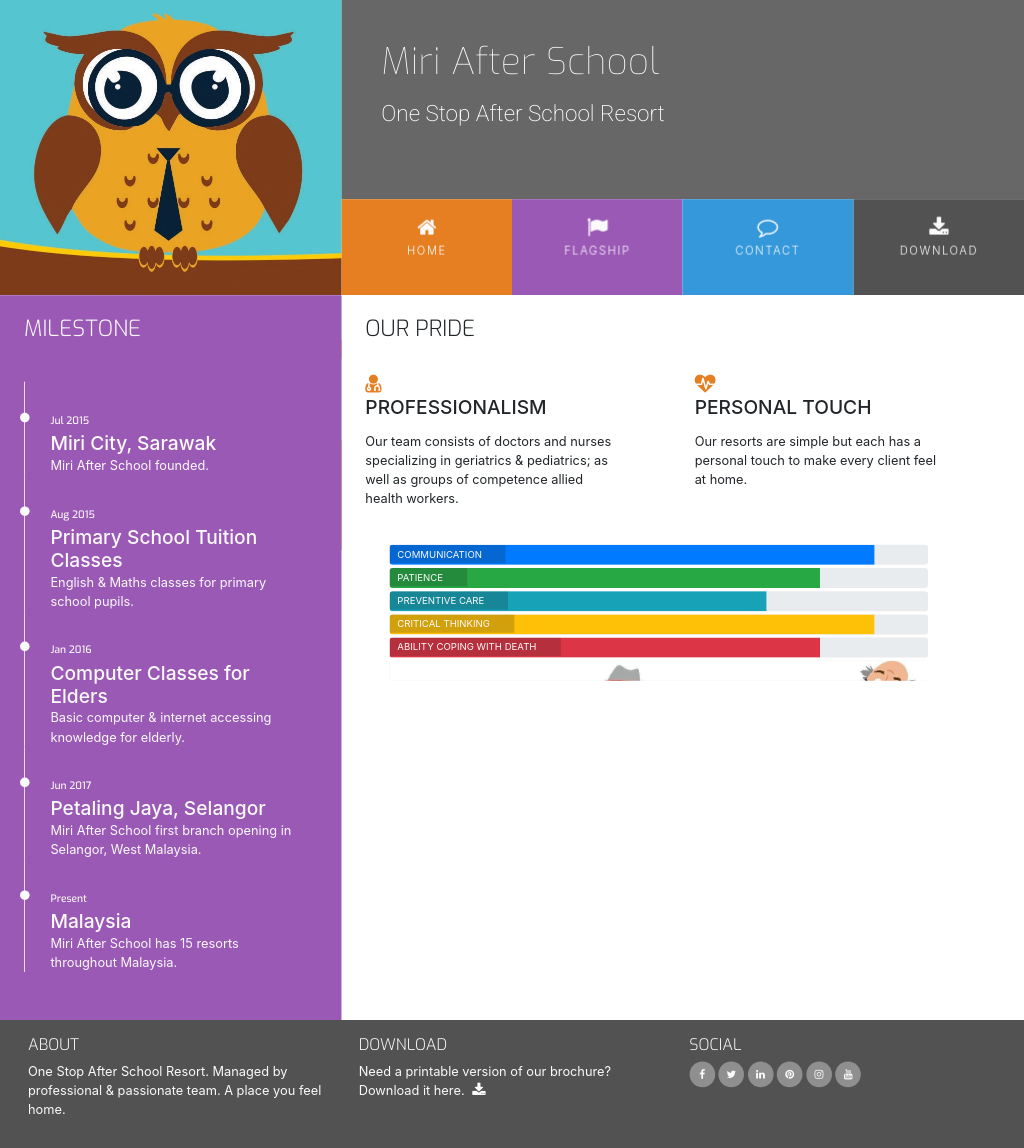
Repository: Code-Institute-Submissions/miri-after-school
Page: flagship.html
The author's editor kept a record of every edit. The page is drawn from the files as they stood at one moment, then again after the next edit.
The browser window is 1280 px wide. The pictures show the whole page, at 80% of full size.

Above is the page before.

### flagship.html
<!DOCTYPE html>
<html lang="en">

<head>
    <meta charset="UTF-8">
    <meta name="viewport" content="width=device-width, initial-scale=1.0">
    <meta http-equiv="X-UA-Compatible" content="ie=edge">
    <link rel="stylesheet" href="https://stackpath.bootstrapcdn.com/bootstrap/4.3.1/css/bootstrap.min.css" type="text/css" />
    <link rel="stylesheet" href="https://stackpath.bootstrapcdn.com/font-awesome/4.7.0/css/font-awesome.min.css" type="text/css" />
    <link rel="stylesheet" href="https://cdnjs.cloudflare.com/ajax/libs/hover.css/2.3.1/css/hover-min.css" type="text/css" />
    <link rel="stylesheet" href="assets/css/style.css" type="text/css" />
    <title>Miri After School</title>
</head>

<body>
    <header>
        <div class="row no-gutters">
            <a href="index.html" class="col-md-4 logo">

            </a>
            <div class="col-md-8">
                <div class="row no-gutters bg-color-name-title">
                    <div class="col heading">
                        <h1 class="name">Miri After School</h1>
                        <h2 class="title">One Stop After School Resort</h2>
                    </div>
                </div>
                <div class="row no-gutters">
                    <div class="col">
                        <ul id="nav" class="list-inline menucontainer">
                            <li class="col-6 col-sm-3 ui-menu-color-home list-inline-item menuitem">
                                <a href="index.html" class="hvr-sweep-to-bottom"><i class="fa fa-home" aria-hidden="true"></i><span>Home</span></a>
                            </li>
                            <li class="col-6 col-sm-3 ui-menu-color-flagship list-inline-item menuitem">
                                <a href="flagship.html" class="hvr-sweep-to-bottom"><i class="fa fa-flag" aria-hidden="true"></i><span>Flagship</span></a>
                            </li>
                            <li class="col-6 col-sm-3 ui-menu-color-contact list-inline-item menuitem">
                                <a href="contact.html" class="hvr-sweep-to-bottom"><i class="fa fa-comment-o" aria-hidden="true"></i><span>Contact</span></a>
                            </li>
                            <li class="col-6 col-sm-3 ui-menu-color-download list-inline-item menuitem">
                                <a href="assets/brochure/infopack.pdf" target="_blank" class="hvr-sweep-to-bottom"><i class="fa fa-download" aria-hidden="true"></i><span>Download</span></a>
                            </li>
                        </ul>
                    </div>
                </div>
            </div>
        </div>
    </header>
    <section class="container-fluid">
        <div class="row">
            <div class="col-md-4 bg-color-milestone section-column">
                <div class="row">
                    <div class="col-12">
                        <h3 class="milestone-heading uppercase">
                            Milestone
                        </h3>
                    </div>
                </div>
                <div class="milestone-items">
                    <div class="timeline-item" data-dates="Jul 2015">
                        <h4>Miri City, Sarawak</h4>
                        <p>Miri After School founded.</p>
                    </div>
                    <div class="timeline-item" data-dates="Aug 2015">
                        <h4>Primary School Tuition Classes</h4>
                        <p>English & Maths classes for primary school pupils.</p>
                    </div>
                    <div class="timeline-item" data-dates="Jan 2016">
                        <h4>Computer Classes for Elders</h4>
                        <p>Basic computer & internet accessing knowledge for elderly.</p>
                    </div>
                    <div class="timeline-item" data-dates="Jun 2017">
                        <h4>Petaling Jaya, Selangor</h4>
                        <p>Miri After School first branch opening in Selangor, West Malaysia.</p>
                    </div>
                    <div class="timeline-item" data-dates="Present">
                        <h4>Malaysia</h4>
                        <p>Miri After School has 15 resorts throughout Malaysia.</p>
                    </div>
                </div>
            </div>
            <div class="col-md-8 bg-color-three-reasons section-column">
                <div class="row">
                    <div class="col">
                        <h3 class="section-heading uppercase">Our Pride</h3>
                    </div>
                </div>
                <div class="row">
                    <div class="col-10 offset-1 offset-sm-0 col-sm-4 col-md-6">
                        <div class="row">
                            <div class="col-3">
                                <i class="three-reasons-icon fa fa-user-md" aria-hidden="true"></i>
                            </div>
                            <div class="col-10">
                                <h4 class="three-reasons-heading uppercase">Professionalism</h4>
                                <p>
                                    Our team consists of doctors and nurses specializing in geriatrics & pediatrics; as well as groups of competence allied health workers.
                                </p>
                            </div>
                        </div>
                    </div>
                    <div class="col-10 offset-1 offset-sm-0 col-sm-4 col-md-6">
                        <div class="row">
                            <div class="col-3">
                                <i class="three-reasons-icon fa fa-heartbeat" aria-hidden="true"></i>
                            </div>
                            <div class="col-10">
                                <h4 class="three-reasons-heading uppercase">Personal Touch</h4>
                                <p>
                                    Our resorts are simple but each has a personal touch to make every client feel at home.
                                </p>
                            </div>
                        </div>
                    </div>
                </div>
                <div class="row progress-section">
                    <div class="col">
                        <div class="progress">
                            <div class="progress-bar" role="progressbar" aria-valuenow="90" aria-valuemin="0" aria-valuemax="100" style="width:90%">
                                <span class="sr-only">90% complete</span>
                            </div>
                            <span class="progress-type">COMMUNICATION</span>
                        </div>
                        <div class="progress">
                            <div class="progress-bar bg-success" role="progressbar" aria-valuenow="80" aria-valuemin="0" aria-valuemax="100" style="width:80%">
                                <span class="sr-only">80% complete</span>
                            </div>
                            <span class="progress-type">PATIENCE</span>
                        </div>
                        <div class="progress">
                            <div class="progress-bar bg-info" role="progressbar" aria-valuenow="70" aria-valuemin="0" aria-valuemax="100" style="width:70%">
                                <span class="sr-only">70% complete</span>
                            </div>
                            <span class="progress-type">PREVENTIVE CARE</span>
                        </div>
                        <div class="progress">
                            <div class="progress-bar bg-warning" role="progressbar" aria-valuenow="90" aria-valuemin="0" aria-valuemax="100" style="width:90%">
                                <span class="sr-only">90% complete</span>
                            </div>
                            <span class="progress-type">CRITICAL THINKING</span>
                        </div>
                        <div class="progress">
                            <div class="progress-bar bg-danger" role="progressbar" aria-valuenow="80" aria-valuemin="0" aria-valuemax="100" style="width:80%">
                                <span class="sr-only">80% complete</span>
                            </div>
                            <span class="progress-type">ABILITY COPING WITH DEATH</span>
                        </div>
                        <div class="progress">
                            <div class="progress-bar picture" role="progressbar">
                        </div>
                    </div>
                </div>
                <div class="row progress-section">
                    <div class="col">
                        <a href="flagship.html" class="progress-bar picture">

                        </a>
                    </div>
                </div>
            </div>
        </div>
    </section>
    <footer class="container-fluid">
        <div id="footer-details" class="row">
            <div class="col-sm-4">
                <h5 class="uppercase general-sub">About</h5>
                <p class="inline-block">
                    One Stop After School Resort. Managed by professional & passionate team. A place you feel home.
                </p>
            </div>
            <div class="col-sm-4">
                <h5 class="uppercase general-sub">Download</h5>
                <p class="inline-block">
                    Need a printable version of our brochure? Download it here.
                    <a href="assets/brochure/infopack.pdf" target="_blank" class="cv-pdf">
                        <i class="fa fa-download" aria-hidden="true"></i>
                        <span class="sr-only">Download link.</span>
                    </a>
                </p>
            </div>
            <div class="col-sm-4">
                <h5 class="uppercase general-sub">Social</h5>
                <i class="list-inline social-links">
                    <li class="list-inline-item">
                        <a target="_blank" href="#">
                            <i class="fa fa-facebook" aria-hidden="true"></i>
                <span class="sr-only">Facebook</span>
                </a>
                </li>
                <li class="list-inline-item">
                    <a target="_blank" href="#">
                            <i class="fa fa-twitter" aria-hidden="true"></i>
                            <span class="sr-only">Twitter</span>
                        </a>
                </li>
                <li class="list-inline-item">
                    <a target="_blank" href="#">
                            <i class="fa fa-linkedin" aria-hidden="true"></i>
                            <span class="sr-only">LinkedIn</span>
                        </a>
                </li>
                <li class="list-inline-item">
                    <a target="_blank" href="#">
                            <i class="fa fa-pinterest" aria-hidden="true"></i>
                            <span class="sr-only">Pinterest</span>
                        </a>
                </li>
                <li class="list-inline-item">
                    <a target="_blank" href="#">
                            <i class="fa fa-instagram" aria-hidden="true"></i>
                            <span class="sr-only">Instagram</span>
                        </a>
                </li>
                <li class="list-inline-item">
                    <a target="_blank" href="#">
                            <i class="fa fa-youtube" aria-hidden="true"></i>
                            <span class="sr-only">YouTube</span>
                        </a>
                </li>
                </i>
            </div>
        </div>

    </footer>
</body>

</html>

### assets/css/style.css
@import url('https://fonts.googleapis.com/css?family=Roboto:100,200,300,400,500,600,700|Exo:100,200,300,400,500,600,700');

/* ------------------------------------Colours */

.bg-color-name-title {
    background-color: #676767;
}

.bg-color-three-reasons {
    background-color: #fff;
}

.bg-color-company-info {
    background-color: #e67e22;
}

.bg-color-milestone {
    background-color: #9b59b6;
}

.bg-color-contact {
    background-color: #fff;
}

.ui-menu-color-home {
    background-color: #e67e22;
}

.ui-menu-color-flagship {
    background-color: #9b59b6;
}

.ui-menu-color-contact {
    background-color: #3498db;
}

.ui-menu-color-download {
    background-color: #525252;
}

/* ------------------------------------Special paddings/margins/text */

h1,
h2,
h3,
h4 {
    margin: 0;
}

.uppercase {
    text-transform: uppercase;
}

.general-sub {
    font-family: "Exo", sans-serif;
    font-weight: 300;
    color: #fafafa;
}

.inline-block {
    display: inline-block;
}

.row-table {
    display: table;
}

.section-column {
    display: table-cell;
    padding: 0 30px 30px;
    float: none;
}

.company-info-heading,
.milestone-heading,
.section-heading {
    font-family: "Exo", sans-serif;
    font-weight: 300;
    margin-top: 25px;
    margin-bottom: 40px;
}

/* ------------------------------------Heading */

header {
    margin: 0;
}

.heading {
    margin-left: 50px;
}

.logo {
    background: url("../images/MAS.jpg");
    background-position: center;
    background-repeat: no-repeat;
    background-size: cover;
    min-height: 360px;
    transition: all .5s ease-in-out;
    -moz-transition: all .5s ease-in-out;
    -webkit-transition: all .5s ease-in-out;
}

.name {
    font-family: "Exo", sans-serif;
    font-weight: 100;
    font-size: 46px;
    margin-top: 50px;
    color: #fff;
}

.title {
    font-family: "Roboto", sans-serif;
    font-weight: 200;
    font-size: 28px;
    margin-top: 20px;
    margin-bottom: 90px;
    color: #fff;
}

.list-inline-item:not(:last-child) {
    margin: 0;
}

.menucontainer {
    font-size: 0;
}

#nav {
    margin: 0;
}

#nav li {
    font-size: 14px;
    padding: 0;
}

.menuitem {
    height: 120px;
    text-align: center;
    padding: 0;
}

.menuitem a {
    width: 100%;
    text-decoration: none;
    color: #fff;
    height: 120px;
}

.menuitem a i {
    padding-top: 22px;
    display: block;
    color: #fafafa;
    font-size: 26px;
}

.menuitem span {
    display: block;
    width: 100%;
    padding-top: 5px;
    text-align: center;
    text-transform: uppercase;
    font-size: 14px;
    font-weight: 300;
    letter-spacing: 2px;
}

/* ------------------------------------Hover.css */

.hvr-sweep-to-bottom:before {
    background: rgba(0, 0, 0, 0.2);
    height: 120px;
}

/* ------------------------------------Footer */

footer {
    background-color: #525252;
    color: #fafafa;
    min-height: 120px;
    margin: 0;
}

.cv-pdf i {
    font-size: 18px;
    color: #fafafa;
    text-align: center;
    padding-left: 5px;
    transition: all 0.35s ease-in-out;
    -moz-transition: all 0.35s ease-in-out;
    -webkit-transition: all 0.35s ease-in-out;
    -o-transition: all 0.35s ease-in-out;
}

.cv-pdf i:hover {
    color: #e84610;
}

.social-links {
    padding-bottom: 15px;
}

.social-links li a i {
    width: 32px;
    height: 32px;
    padding: 12px 0;
    border-radius: 50%;
    font-size: 13px;
    line-height: 7px;
    text-align: center;
    color: #fafafa;
    background: #8f8f8f;
    transition: all 0.35s ease-in-out;
    -moz-transition: all 0.35s ease-in-out;
    -webkit-transition: all 0.35s ease-in-out;
    -o-transition: all 0.35s ease-in-out;
}

.social-links li a i:hover {
    background: #e84610;
}

#footer-details {
    padding: 20px;
}

/* ------------------------------------Three reasons */

.three-reasons-icon {
    font-size: 26px;
    color: #e67e22;
}

.three-reasons-heading {
    margin-bottom: 15px;
}

/* ------------------------------------Company info */

.company-info-heading {
    color: #fafafa;
    margin-bottom: 50px;
}

.company-info-item {
    color: #525252;
    margin-bottom: 20px;
    display: block;
    clear: both;
}

.company-info-item .key,
.company-info-item .value {
    padding-right: 8px;
    display: inline-block;
}

.company-info-item .key p,
.company-info-item .value p {
    margin: 0;
}

.company-info-item .key {
    width: 25%;
    margin-right: 21px;
    padding-top: 2px;
    vertical-align: top;
}

.company-info-item .key p {
    font-weight: 700;
}

.company-info-item .value {
    position: relative;
    width: 60%;
}

/* ------------------------------------Skills */

.progress {
    position: relative;
    height: 25px;
    margin-bottom: 4px;
}

.progress-type {
    position: absolute;
    left: 0;
    font-weight: 400;
    padding: 3px 30px 2px 10px;
    color: #fafafa;
    background-color: rgba(25, 25, 25, 0.2);
}

.progress-section {
    margin: 30px 15px;
}

.picture {
    background: url("../images/togetherness.jpg");
    background-repeat: no-repeat;
    min-height: 430px;
    width: 100%;
}

/* ------------------------------------Milestone */

.milestone-heading {
    color: #fafafa;
    margin-bottom: 50px;
}

.timeline-item {
    padding: 4em 2em 0em 2em;
    position: relative;
    color: #fafafa;
    border-left: 1px solid;
}

.timeline-item p {
    padding: 0;
    margin: 0;
}

.timeline-item:before {
    content: attr(data-dates);
    position: absolute;
    left: 2.5em;
    top: 3em;
    display: block;
    font-family: "Exo", sans-serif;
    font-weight: 500;
    font-size: 0.8em;
    padding: 0;
    margin: 0;
}

.timeline-item:after {
    width: 12px;
    height: 12px;
    display: block;
    top: 2.4em;
    position: absolute;
    left: -6px;
    border-radius: 12px;
    content: '';
    background: #fafafa;
}

.milestone-items {
    margin-bottom: 30px;
}

/* ------------------------------------Contact form */

.contact-heading {
    font-family: "Exo", sans-serif;
    font-weight: 300;
    margin-top: 25px;
    margin-bottom: 20px;
}

.center-form {
    padding-top: 10px;
    margin: 0 auto;
    max-width: 70%;
}

button[type="submit"] {
    margin-top: 10px;
    margin-bottom: 20px;
    color: #fafafa;
    background-color: #e84610;
}

/* ------------------------------------Media queries */

@media(min-width: 992px) {
    .center-form {
        padding-top: 30px;
        min-height: 240px;
        margin: 0 auto;
        max-width: 50%;
    }
}

After the next edit:
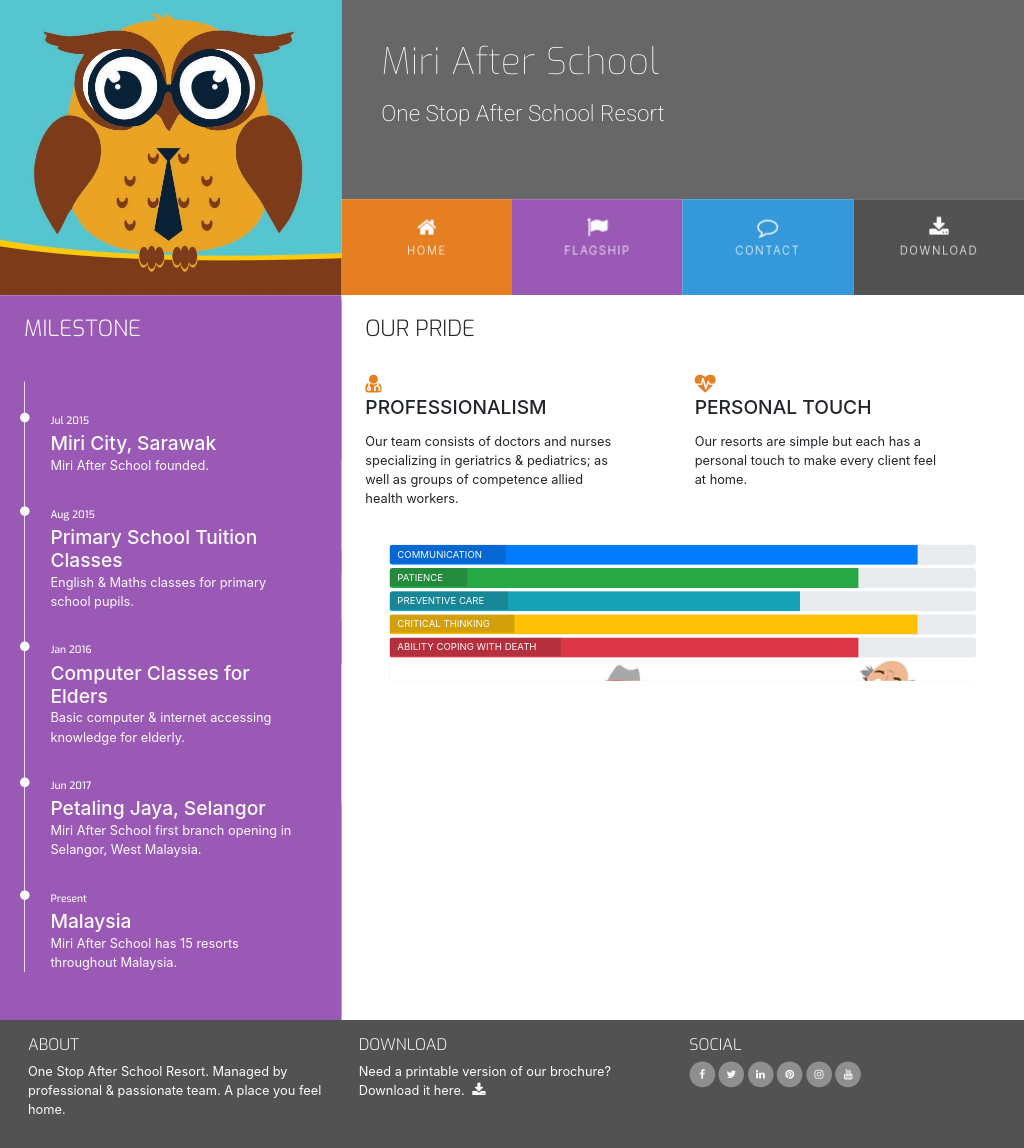
The edit:
--- a/flagship.html
+++ b/flagship.html
@@ -150,13 +150,7 @@
                         </div>
                     </div>
                 </div>
-                <div class="row progress-section">
-                    <div class="col">
-                        <a href="flagship.html" class="progress-bar picture">
-
-                        </a>
-                    </div>
-                </div>
+
             </div>
         </div>
     </section>

After the 2 edits that followed:
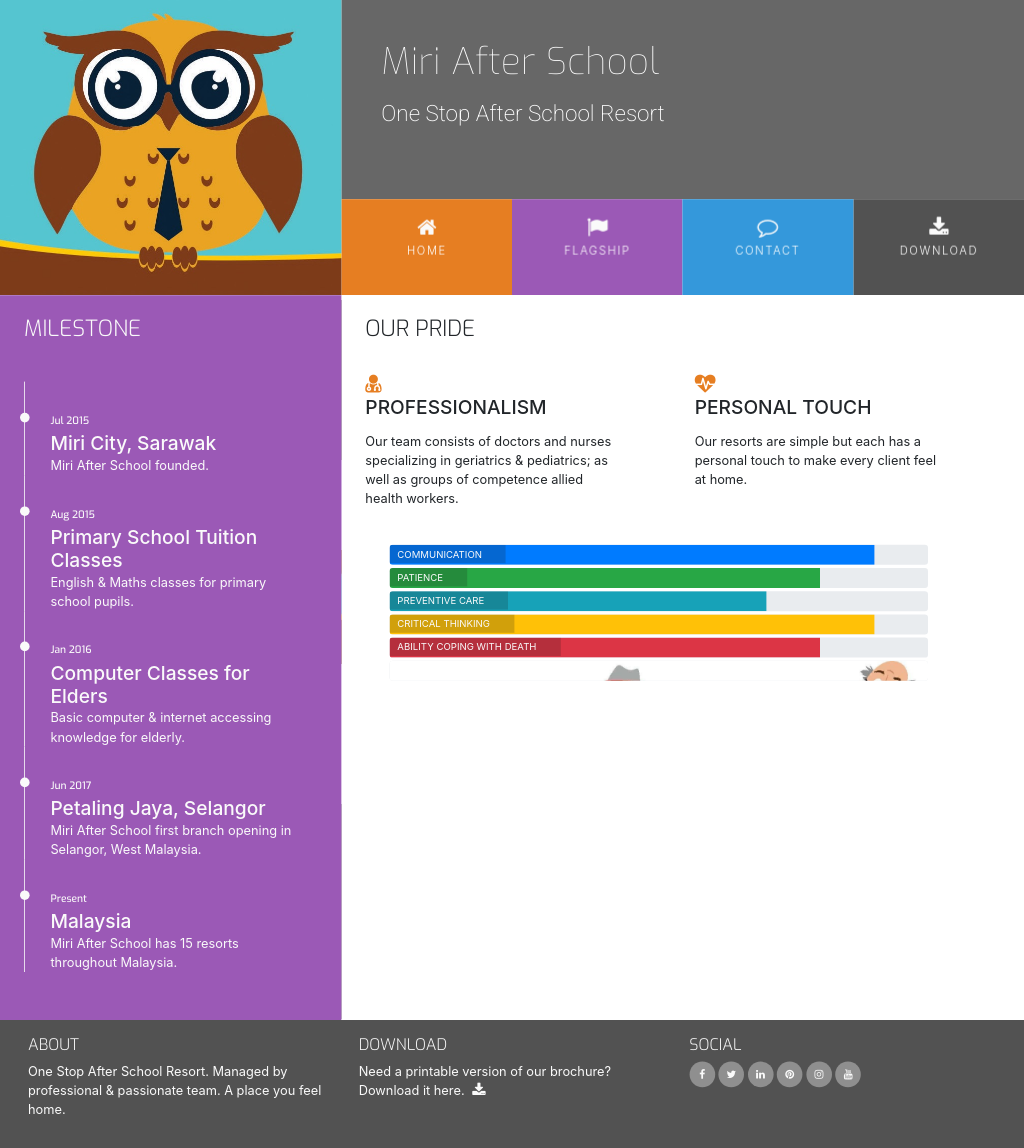
The 2 edits are shown as one change because 1 left the picture as it was.
The edit:
--- a/flagship.html
+++ b/flagship.html
@@ -146,11 +146,17 @@
                             <span class="progress-type">ABILITY COPING WITH DEATH</span>
                         </div>
                         <div class="progress">
-                            <div class="progress-bar picture" role="progressbar">
-                        </div>
-                    </div>
-                </div>
-
+                            <div class="progress-bar picture">
+                        </div>
+                    </div>
+                </div>
+                <div class="row progress-section">
+                    <div class="col">
+                        <a href="flagship.html" class="progress-bar picture">
+
+                        </a>
+                    </div>
+                </div>
             </div>
         </div>
     </section>
